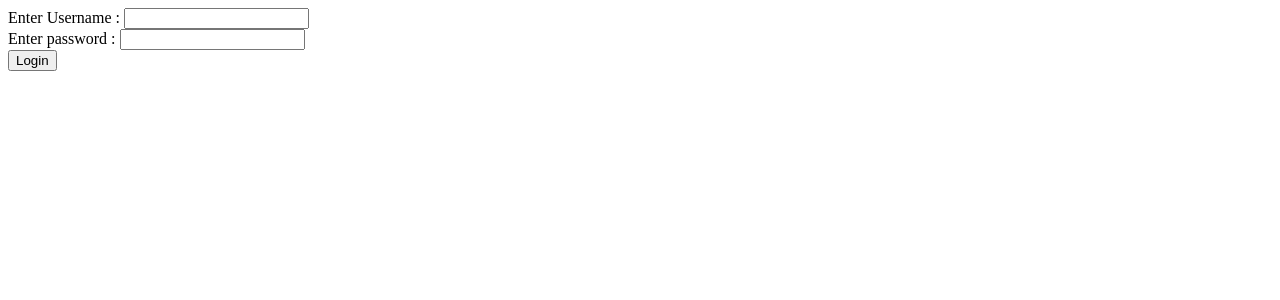
Repository: sandyc4136/Java_Servlet-JSP
Page: MyWebApp/src/main/webapp/login.html
The author's editor kept a copy of each file at every save. The page is drawn from the files as they stood at one save, then again after the next save.
The browser window is 1280 px wide. The pictures show the whole page.

Above is the page before, as saved 2023-12-15 22:09:43.

### MyWebApp/src/main/webapp/login.html
<!DOCTYPE html>
<html>
<head>
<meta charset="UTF-8">
<title>Login form</title>
</head>
<body>
<form>
	<label>Enter Username :</label>
	<input type="text" name="uname"/>
	<br>
	<label>Enter password :</label>
	<input type="password" name="pwd"/><br>
	<button type="submit">Login</button>
	<br>
</form>
</body>
</html>

After the next save:
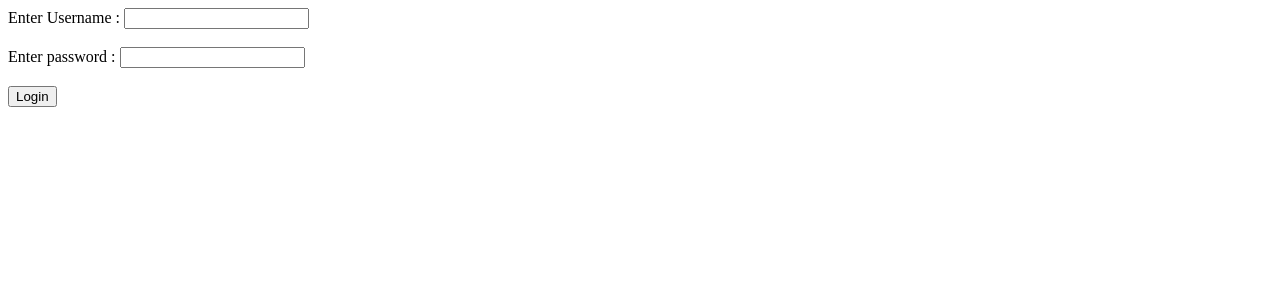
Saved 36 s later.
--- a/MyWebApp/src/main/webapp/login.html
+++ b/MyWebApp/src/main/webapp/login.html
@@ -8,9 +8,9 @@
 <form>
 	<label>Enter Username :</label>
 	<input type="text" name="uname"/>
-	<br>
+	<br><br>
 	<label>Enter password :</label>
-	<input type="password" name="pwd"/><br>
+	<input type="password" name="pwd"/><br><br>
 	<button type="submit">Login</button>
 	<br>
 </form>
